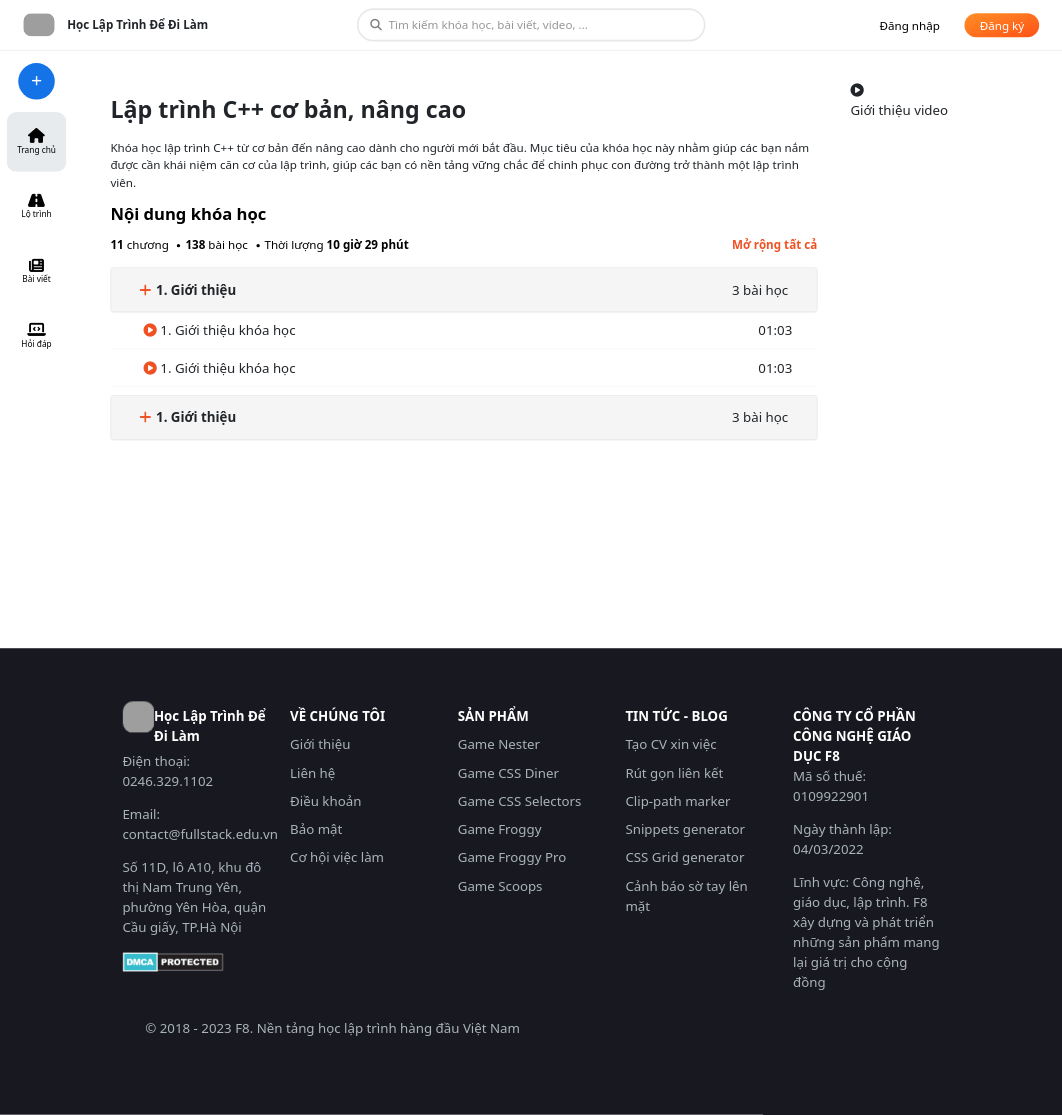
Repository: Quoc-Thang/projectasm
Page: introcourse.html
These files come from the project's save history. The page is drawn as it stood at one moment and after the next save; the edit follows.
The browser window is 1280 px wide. The pictures show the whole page, at 83% of full size.
Pictures or frames that could not be fetched are drawn as grey boxes. Some web libraries are served in a nearby version.

Above is the page before, as saved 2023-11-30 22:22:23.

### introcourse.html
<!DOCTYPE html>
<html lang="vi">
  <head>
    <meta charset="UTF-8" />
    <meta name="viewport" content="width=device-width, initial-scale=1.0" />
    <title>F8 - Học lập trình để đi làm</title>
    <!-- Preconnect -->
    <link rel="preconnect" href="https://unpkg.com/aos@2.3.1" />
    <link
      rel="preconnect"
      href="https://cdn.jsdelivr.net/npm/bootstrap@5.3.2" />
    <link rel="preconnect" href="https://kit.fontawesome.com" />
    <link rel="preconnect" href="https://fonts.googleapis.com" />
    <link rel="preconnect" href="https://fonts.gstatic.com" crossorigin />

    <!-- AOS -->
    <link href="https://unpkg.com/aos@2.3.1/dist/aos.css" rel="stylesheet" />

    <!-- Bootstrap -->
    <link
      href="https://cdn.jsdelivr.net/npm/bootstrap@5.3.2/dist/css/bootstrap.min.css"
      rel="stylesheet"
      integrity="sha384-T3c6CoIi6uLrA9TneNEoa7RxnatzjcDSCmG1MXxSR1GAsXEV/Dwwykc2MPK8M2HN"
      crossorigin="anonymous" />

    <!-- Google Fonts -->
    <link
      href="https://fonts.googleapis.com/css2?family=Poppins:wght@100;200;300;400&family=Roboto:wght@100;300;400&display=swap"
      rel="stylesheet" />

    <!-- CSS -->
    <link rel="stylesheet" href="./view/assets/css/reset.css" />
    <link rel="stylesheet" href="./view/assets/css/synthetic.css" />
    <link rel="stylesheet" href="./view/assets/css/header.css" />
    <link rel="stylesheet" href="./view/assets/css/nav.css" />
    <link rel="stylesheet" href="./view/assets/css/slider.css" />
    <link rel="stylesheet" href="./view/assets/css/wrappercontent.css" />
    <link rel="stylesheet" href="./view/assets/css/footer.css" />
    <link rel="stylesheet" href="./view/assets/css/introcourse.css">
  </head>

  <body>
    <!-- Content -->
    <div id="wrapper">
      <!-- Header -->
      <header>
        <div class="row wrap-header">
          <!-- Logo Website -->
          <div class="col-4">
            <div class="logo">
              <a href="/">
                <img src="./view/assets/image/Logo.png" alt="Logo Website" />
              </a>
              <h4 class="logoTxt">Học Lập Trình Để Đi Làm</h4>
            </div>
          </div>

          <!-- Search -->
          <div class="col-4">
            <div class="form-search">
              <form action="" method="post">
                <div class="form">
                  <button type="submit">
                    <i class="fa-solid fa-magnifying-glass"></i>
                  </button>
                  <input
                    type="search"
                    placeholder="Tìm kiếm khóa học, bài viết, video, ..."
                    name="searchTxt"
                    id="search-input"
                    autocomplete="off"
                    />
                </div>
              </form>
              <div class="card-search">
                <div class="heading-card-search">
                  <i class="fa-solid fa-magnifying-glass"></i>
                  <span>Kết quả tìm kiếm cho:</span>
                </div>
                <div class="content-card-search">
                  <div class="title-content">
                    <h2>
                      Khóa học
                    </h2>
                    <a href="#">
                      Xem thêm
                    </a>
                  </div>
                  <ul class="main-content" id="apiData">
                    <li>
                      <a href="#">
                        <img src="./view/assets/image/htmlcsszerohero.png" alt="Image course">
                        <span>
                          HTML, CSS từ cơ bản đến nâng cao
                        </span>
                      </a>
                    </li>
                    <li>
                      <a href="#">
                        <img src="./view/assets/image/htmlcsspro.png" alt="Image course">
                        <span>
                          HTML, CSS Pro
                        </span>
                      </a>
                    </li>
                    <li>
                      <a href="#">
                        <img src="./view/assets/image/sass.png" alt="Image course">
                        <span>
                          Ngôn ngữ tiền xử lý sass
                        </span>
                      </a>
                    </li>
                  </ul>
                </div>
              </div>
            </div>
          </div>

          <!-- Account -->
          <div class="col-4">
            <div class="account">
              <div class="login">
                <a class="openLogin" href="javascript:void(0)"> Đăng nhập </a>
              </div>
              <div class="signup">
                <a class="openSignup" href="javascript:void(0)"> Đăng ký </a>
              </div>
            </div>
          </div>
        </div>
      </header>

      <main id="main-content">
        <!-- Sidebar -->
        <nav class="menu-sidebar">
          <div class="sidebar">
            <div id="news-post" onclick="newsPost()">
              <a id="rotate" href="javascript:void(0)">
                <i class="fa-solid fa-plus"></i>
              </a>
              <span id="model-news">Thêm tin tức mới</span>
            </div>
            <ul>
              <li>
                <a class="menu-sidebar active" href="#">
                  <i class="fa-solid fa-house"></i>
                  <span class="txt-menu"> Trang chủ </span>
                </a>
              </li>
              <li>
                <a class="menu-sidebar" href="#">
                  <i class="fa-solid fa-road"></i>
                  <span class="txt-menu"> Lộ trình </span></a
                >
              </li>
              <li>
                <a class="menu-sidebar" href="#">
                  <i class="fa-solid fa-newspaper"></i>
                  <span class="txt-menu"> Bài viết </span></a
                >
              </li>
              <li>
                <a class="menu-sidebar" href="#">
                  <i class="fa-solid fa-laptop-code"></i>
                  <span class="txt-menu"> Hỏi đáp </span></a
                >
              </li>
            </ul>
          </div>
        </nav>

        <!-- Article -->
        <article id="main">

          <!-- Wrapper Content Main -->
          <div class="wrapper-content">
            <div class="intro-course">
              <div class="content-course">
                <div class="heading-course">
                  <h1 class="title-heading-course">
                    Lập trình C++ cơ bản, nâng cao
                  </h1>
                  <p class="desc-course">
                    Khóa học lập trình C++ từ cơ bản đến nâng cao dành cho người mới bắt đầu. Mục tiêu của khóa học này nhằm giúp các bạn nắm được cần khái niệm căn cơ của lập trình, giúp các bạn có nền tảng vững chắc để chinh phục con đường trở thành một lập trình viên.
                  </p>
                </div>
                <div class="main-content-course">
                  <div class="content-course-top">
                    <h2 class="title-course">
                      Nội dung khóa học
                    </h2>
                    <div class="desc-content-course">
                      <ul>
                        <li>
                          <a href="#">
                            <strong>
                              11
                            </strong>
                            chương
                          </a>
                        </li>
                        <li>
                          <a href="#">
                            <strong>
                              138
                            </strong>
                            bài học
                          </a>
                        </li>
                        <li>
                          <a href="#">
                            Thời lượng
                            <strong>
                              10 giờ 29 phút
                            </strong>
                          </a>
                        </li>
                      </ul>
                      <a class="read-more" href="#">
                        Mở rộng tất cả
                      </a>
                    </div>
                  </div>

                    <div class="list-panels-course">
                      <div class="list-panel-course">
                        <div class="panel-left">
                          <div class="icon-panel">
                              <i class="fa-solid fa-plus" style="color: #f05123;"></i>
                              <i class="fa-solid fa-minus" style="color: #f05123;"></i>
                          </div>
                          <span>
                            1. Giới thiệu
                          </span>
                        </div>
                        <div class="panel-right">
                          <span>
                            3 bài học
                          </soan>
                        </div>
                      </div>

                      <!-- List tab panel -->
                      <div class="list-tab-panel">
                        <!-- Tab panel -->
                        <div class="tab-panel">
                          <span class="desc-panel">
                            <i class="fa-solid fa-circle-play" style="color: #f05123;"></i>
                            1. Giới thiệu khóa học
                          </span>
                          <span class="desc-time">
                            01:03
                          </span>
                        </div>

                        <div class="tab-panel">
                          <span class="desc-panel">
                            <i class="fa-solid fa-circle-play" style="color: #f05123;"></i>
                            1. Giới thiệu khóa học
                          </span>
                          <span class="desc-time">
                            01:03
                          </span>
                        </div>
                      </div>
                    </div>

                    <div class="list-panels-course">
                      <div class="list-panel-course">
                        <div class="panel-left">
                          <div class="icon-panel">
                              <i class="fa-solid fa-plus" style="color: #f05123;"></i>
                              <i class="fa-solid fa-minus" style="color: #f05123;"></i>
                          </div>
                          <span>
                            1. Giới thiệu
                          </span>
                        </div>
                        <div class="panel-right">
                          <span>
                            3 bài học
                          </soan>
                        </div>
                      </div>
                    <!-- List tab panel -->
                    <div class="list-tab-panel">
                      <!-- Tab panel -->
                      <div class="tab-panel">
                        <span class="desc-panel">
                          <i class="fa-solid fa-circle-play" style="color: #f05123;"></i>
                          1. Giới thiệu khóa học
                        </span>
                        <span class="desc-time">
                          01:03
                        </span>
                      </div>

                      <div class="tab-panel">
                        <span class="desc-panel">
                          <i class="fa-solid fa-circle-play" style="color: #f05123;"></i>
                          1. Giới thiệu khóa học
                        </span>
                        <span class="desc-time">
                          01:03
                        </span>
                      </div>
                    </div>
                  </div>
                </div>
              </div>
              <div class="intro-video-course">
                <div class="first-intro-video-course">
                  <div class="img-video-course">
                    <i class="fa-solid fa-circle-play"></i>
                  </div>
                  <p class="see-intro-course">Giới thiệu video</p>
                </div>
                <div class="second-intro-video-course"></div>
              </div>
            </div>
          </div>
        </article>
      </main>

      <!-- Footer -->
      <footer>
        <div class="content-footer">
          <!-- Footer top -->
          <div class="footer-top">
            <!-- Slogan -->
            <div class="slogan content-column-footer">
              <div class="footer-slogan title-footer">
                <figure>
                  <img src="./view/assets/image/Logo.png" alt="Logo Website" />
                </figure>
                <figcaption>
                  <span class="txt-slogan"> Học lập trình để đi làm </span>
                </figcaption>
              </div>
              <div class="footer-contact-list">
                <ul>
                  <li>
                    <p>Điện thoại: 0246.329.1102</p>
                  </li>
                  <li>
                    <p>Email: contact@fullstack.edu.vn</p>
                  </li>
                  <li>
                    <p>
                      Số 11D, lô A10, khu đô thị Nam Trung Yên, phường Yên Hòa,
                      quận Cầu giấy, TP.Hà Nội
                    </p>
                  </li>
                </ul>
              </div>
              <div class="footer-protect">
                <figure>
                  <a href="#">
                    <img
                      src="./view/assets/image/dmca.png"
                      alt="DMCA Protect" />
                  </a>
                </figure>
              </div>
            </div>

            <!-- About us -->
            <div class="about content-column-footer">
              <div class="title-footer about-us">
                <span>Về chúng tôi</span>
              </div>
              <nav class="list-about">
                <ul>
                  <li><a href="#">Giới thiệu</a></li>
                  <li><a href="#">Liên hệ</a></li>
                  <li><a href="#">Điều khoản</a></li>
                  <li><a href="#">Bảo mật</a></li>
                  <li><a href="#">Cơ hội việc làm</a></li>
                </ul>
              </nav>
            </div>

            <!-- Products -->
            <div class="product content-column-footer">
              <div class="title-footer product-type">
                <span>Sản phẩm</span>
              </div>
              <nav class="list-product">
                <ul>
                  <li><a href="#">Game Nester</a></li>
                  <li><a href="#">Game CSS Diner</a></li>
                  <li><a href="#">Game CSS Selectors</a></li>
                  <li><a href="#">Game Froggy</a></li>
                  <li><a href="#">Game Froggy Pro</a></li>
                  <li><a href="#">Game Scoops</a></li>
                </ul>
              </nav>
            </div>

            <!-- Tools -->
            <div class="tools content-column-footer">
              <div class="title-footer tools-type">
                <span>Tin tức - Blog</span>
              </div>
              <nav class="list-tools">
                <ul>
                  <li><a href="#">Tạo CV xin việc</a></li>
                  <li><a href="#">Rút gọn liên kết</a></li>
                  <li><a href="#">Clip-path marker</a></li>
                  <li><a href="#">Snippets generator</a></li>
                  <li><a href="#">CSS Grid generator</a></li>
                  <li><a href="#">Cảnh báo sờ tay lên mặt</a></li>
                </ul>
              </nav>
            </div>

            <!-- Company -->
            <div class="company content-column-footer">
              <div class="title-footer company-type">
                <span>Công ty cổ phần công nghệ giáo dục F8</span>
              </div>
              <nav class="list-company">
                <ul>
                  <li>
                    <p href="#">Mã số thuế: <span>0109922901</span></p>
                  </li>
                  <li>
                    <p href="#">Ngày thành lập: <span>04/03/2022</span></p>
                  </li>
                  <li>
                    <p href="#">
                      Lĩnh vực:
                      <span
                        >Công nghệ, giáo dục, lập trình. F8 xây dựng và phát
                        triển những sản phẩm mang lại giá trị cho cộng đồng
                      </span>
                    </p>
                  </li>
                </ul>
              </nav>
            </div>
          </div>

          <!-- Footer bottom -->
          <div class="footer-bottom">
            <div class="copyright">
              <p>© 2018 - 2023 F8. Nền tảng học lập trình hàng đầu Việt Nam</p>
            </div>
            <div class="social-media">
              <!-- <img src="/images/icons/facebook.svg" alt="" />
              <img src="/images/icons/instagram.svg" alt="" />
              <img src="/images/icons/twitter.svg" alt="" />
              <img src="/images/icons/linkedin.svg" alt="" /> -->
            </div>
          </div>
          </div>
        </div>
      </footer>
    </div>
    <!-- Javascript -->
    <script src="./view/assets/javascript/sidebar.js"></script>
    <script src="./view/assets/javascript/introcourse.js"></script>
    <script src="./view/assets/javascript/formsearch.js"></script>
    <script src="./view/assets/javascript/formlogin.js"></script>
    <script src="./view/assets/javascript/formsignup.js"></script>

    <!-- Font Awesome -->
    <script
      src="https://kit.fontawesome.com/3e006365dd.js"
      crossorigin="anonymous"></script>

    <!-- Bootstrap -->
    <script
      src="https://cdn.jsdelivr.net/npm/bootstrap@5.3.2/dist/js/bootstrap.bundle.min.js"
      integrity="sha384-C6RzsynM9kWDrMNeT87bh95OGNyZPhcTNXj1NW7RuBCsyN/o0jlpcV8Qyq46cDfL"
      crossorigin="anonymous"></script>

    <!-- AOS -->
    <script src="https://unpkg.com/aos@2.3.1/dist/aos.js"></script>
    <script>
      AOS.init();
    </script>
  </body>
</html>

### view/assets/css/synthetic.css
:root {
  --system-ui: system-ui, "Segoe UI", Roboto, Helvetica, Arial, sans-serif,
    "Apple Color Emoji", "Segoe UI Emoji", "Segoe UI Symbol";
  --font-code: "SF Mono", monospace;
}

html,
body {
  min-height: 100% !important;
  height: 100%;
}

body {
  font-family: var(--system-ui);
  scroll-behavior: smooth;
  overflow-x: hidden;
}

main {
  display: flex;
}

#main {
  display: flex;
  flex-direction: column;
}

article {
  display: flex;
  min-width: 100vh;
}

#wrapper {
  width: 100%;
}

/* width */
::-webkit-scrollbar {
  width: 8px;
}

/* Track */
::-webkit-scrollbar-track {
  box-shadow: inset 0 0 5px grey;
  /* border-radius: 8px; */
}

/* Handle */
::-webkit-scrollbar-thumb {
  background: #a9a9a9;
  border-radius: 4px;
}

/* Handle on hover */
::-webkit-scrollbar-thumb:hover {
  background: #a9a9a9;
}

ul {
  list-style-type: none;
  margin: 0;
  padding: 0;
}

a {
  text-decoration: none;
}

### view/assets/css/footer.css
:root {
  --background-color: #fff;
  --border-bottom: #e8ebed;
  --border-color: #1473e6;
  --background-hover: #f5f5f5;
  --border: #e8e8e8;
  --color-txt: #000;
  --background-color-menu: #f0f0f0;
  --background-txt: linear-gradient(to right bottom, #ff8f26, #ff5117);
  --cta-hover-color-one: #6828fa;
}

footer {
  background-color: #181821;
  color: #a9b3bb;
  padding: 70px 0 60px;
  height: 100%;
  width: 100%;
  display: flex;
  justify-content: center;
}

footer a {
  color: #a9b3bb;
  margin: 10px 0;
  display: block;
}

.content-footer {
  display: flex;
  flex-wrap: wrap;
  flex-direction: column;
  width: 100%;
  max-width: calc(100% - 350px);
  justify-content: center;
}

.footer-top {
  display: flex;
  flex-direction: row;
  justify-content: center;
  align-items: flex-start;
  flex-wrap: wrap;
  margin-left: -40px;
  margin-right: -40px;
}

.content-column-footer {
  width: calc(20% - 25px);
  margin-left: 25px;
}

.content-column-footer:first-child {
  margin-left: 0;
}

.title-footer {
  color: var(--background-color);
  text-transform: uppercase;
  font-size: 16px;
  font-weight: 600;
}

.footer-slogan figure {
  transform: translateY(-6px);
}

.txt-slogan {
  text-transform: capitalize;
}

.footer-slogan {
  display: flex;
  flex-direction: row;
}

.footer-slogan img {
  height: 38px;
  width: 38px;
  border-radius: 12px;
}

.footer-bottom {
  display: flex;
  flex-direction: row;
  justify-content: space-between;
  padding: 1rem 0;
  align-items: center;
  width: calc(100% - 350px);
}

### view/assets/css/introcourse.css
:root {
  --primary-color: #f05123;
  --background-color: #fff;
  --border-bottom: #e8ebed;
  --border-color: #1473e6;
  --background-hover: #f5f5f5;
  --border: #e8e8e8;
  --color-txt: #000;
  --background-color-menu: #f0f0f0;
}

.intro-course {
  display: flex;
  flex-direction: row;
}

.content-course {
  padding: 0 30px 0 0;
  width: 80%;
}

.title-heading-course {
  font-weight: 700;
  font-size: 28px;
}

.desc-course {
  font-size: 14px;
}

.list-panels-course {
  margin-bottom: 10px;
}

.title-course {
  font-size: 20px;
  font-weight: 700;
}

.desc-content-course {
  display: flex;
  gap: 20px;
  align-items: center;
  justify-content: space-between;
  margin-bottom: 16px;
}

.desc-content-course ul {
  display: flex;
  gap: 20px;
}

.desc-content-course ul li {
  position: relative;
}

.desc-content-course ul li:not(:last-child):after {
  content: "";
  position: absolute;
  border-radius: 50%;
  height: 4px;
  width: 4px;
  background-color: var(--color-txt);
  top: 50%;
  margin-left: 10px;
}

.desc-content-course a {
  color: var(--color-txt);
  font-size: 14px;
}

.read-more {
  color: var(--primary-color) !important;
  font-weight: 600;
  margin-right: 0;
}

.list-panel-course,
.panel-left {
  display: flex;
  gap: 20px;
  cursor: pointer;
}

.panel-left span {
  font-weight: 600;
}

.list-panel-course {
  justify-content: space-between;
  background-color: var(--background-hover);
  padding: 14px 34px;
  border-radius: 4px;
  box-shadow: 0 1px 1px rgba(0, 0, 0, 0.05);
  border: 1px solid #ebebeb;
  position: sticky;
  top: 0;
}

.icon-panel {
  position: relative;
}

.fa-plus,
.fa-minus {
  position: absolute;
  top: 50%;
  transform: translateY(-50%);
}

.list-tab-panel {
  width: 100%;
  height: 100%;
  /* display: flex; */
  /* flex-direction: column; */
  display: none;
}

.tab-panel {
  display: flex;
  justify-content: space-between;
  border: 1px solid #00000008;
  border-right: 0;
  border-top: 0;
  border-left: 0;
  padding: 10px 30px 10px 40px;
}

.fa-play {
  background-color: var(--primary-color);
  height: 14px;
  width: 14px;
  border-radius: 50%;
}

.play-video {
  font-size: 60px;
}

.intro-video-course {
  width: 20%;
  display: flex;
  justify-content: center;
}

.first-intro-video-course {
  width: calc(100% - 20px);
}

Loaded but not shown: view/assets/css/reset.css (common file); view/assets/javascript/formsignup.js (252 lines, source omitted); view/assets/javascript/formlogin.js (244 lines, source omitted); view/assets/javascript/introcourse.js (40 lines, source omitted); view/assets/javascript/sidebar.js (29 lines, source omitted); view/assets/javascript/formsearch.js (20 lines, source omitted); view/assets/css/slider.css (230 lines, source omitted); view/assets/css/wrappercontent.css (239 lines, source omitted); view/assets/css/nav.css (142 lines, source omitted); view/assets/css/header.css (164 lines, source omitted)

After the next save:
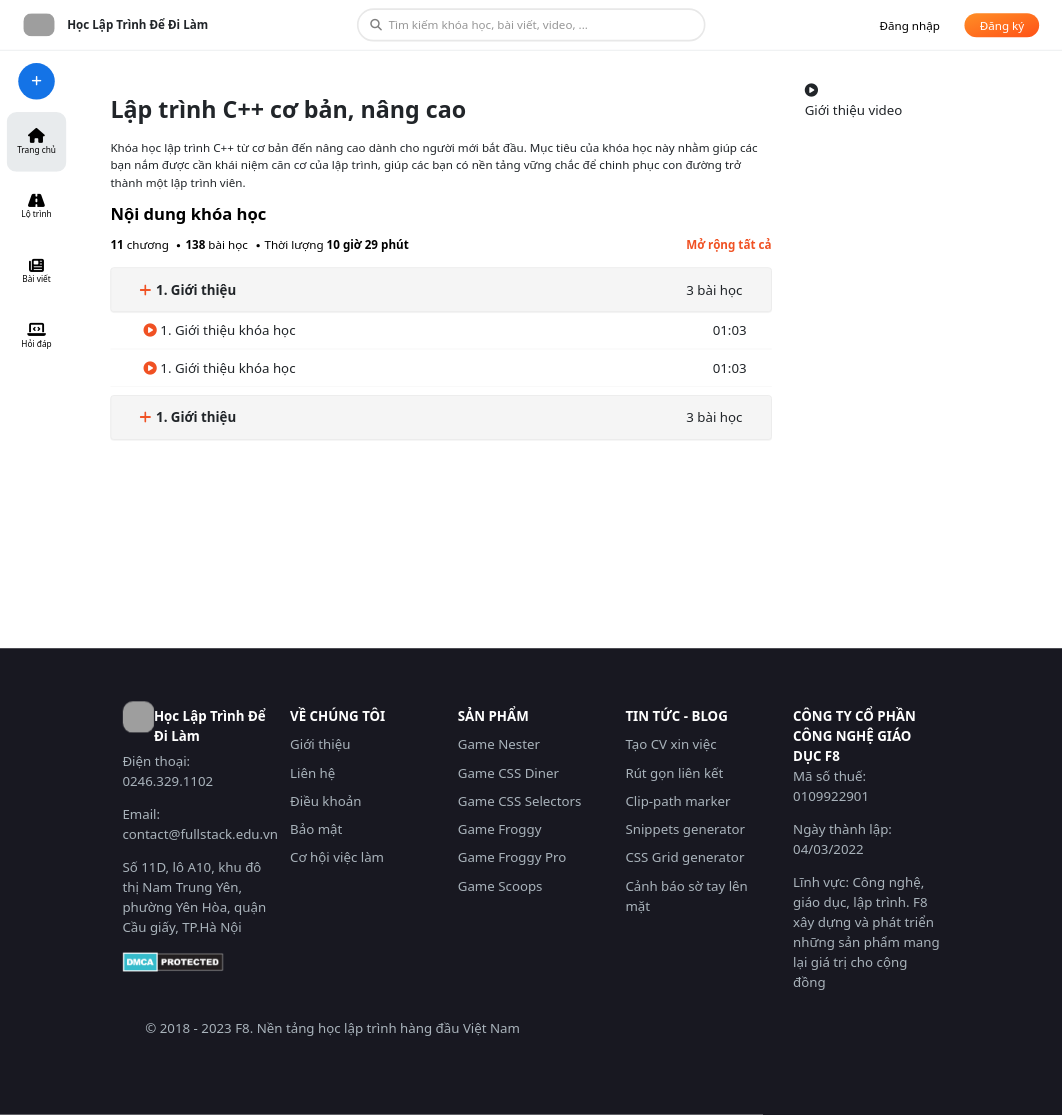
Saved 24 s later.
--- a/view/assets/css/introcourse.css
+++ b/view/assets/css/introcourse.css
@@ -16,7 +16,7 @@
 
 .content-course {
   padding: 0 30px 0 0;
-  width: 80%;
+  width: 75%;
 }
 
 .title-heading-course {
@@ -139,7 +139,7 @@
 }
 
 .intro-video-course {
-  width: 20%;
+  width: 25%;
   display: flex;
   justify-content: center;
 }
